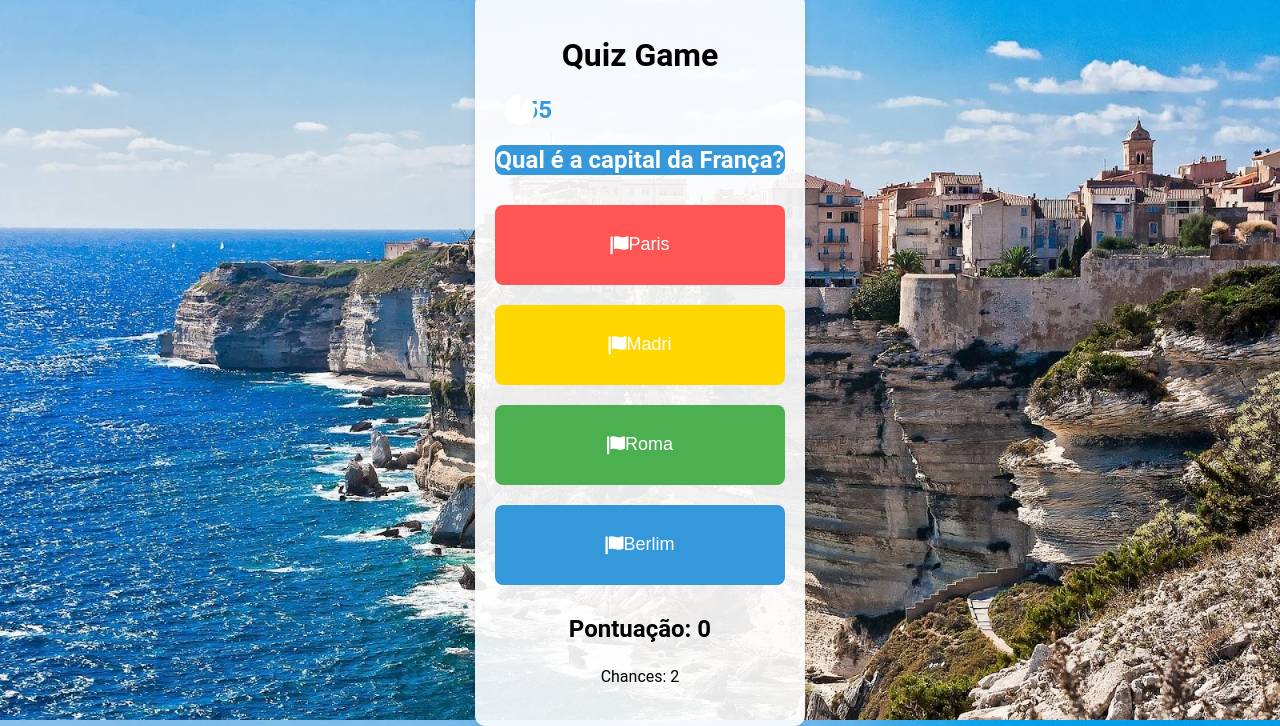
Repository: Matheus904-12/Quizz
Page: index.html
These files come from the project's save history. The page is drawn as it stood at one moment and after the next save; the edit follows.
The browser window is 1280 px wide. The pictures show the whole page.

Above is the page before, as saved 2023-08-21 19:36:05.

After the next save:
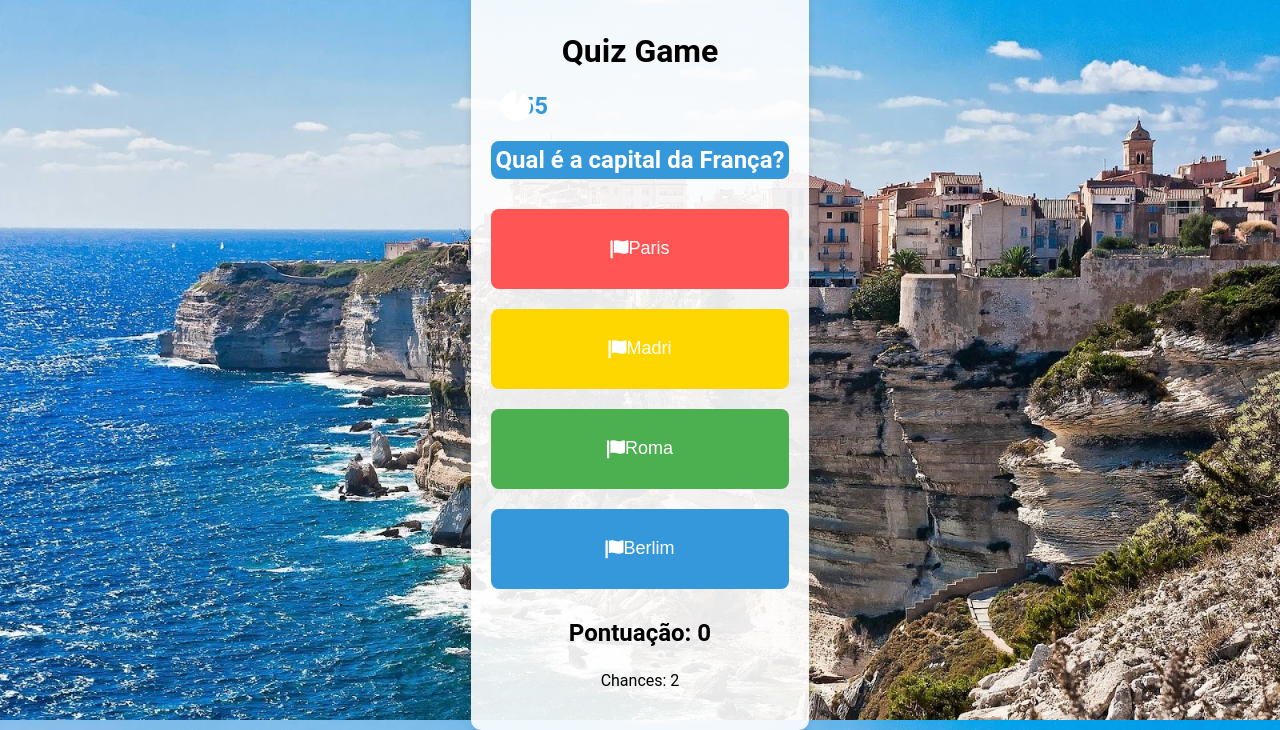
Saved 13 s later.
--- a/style.css
+++ b/style.css
@@ -23,7 +23,7 @@ body {
 .question {
     font-size: 24px;
     margin-bottom: 20px;
-    padding: 1px; /* Tamanho uniforme para caixas de pergunta */
+    padding: 5px; /* Tamanho uniforme para caixas de pergunta */
     border-radius: 8px;
     background-color: #3498DB; /* Cor de fundo para caixas de pergunta */
     color: #fff; /* Cor do texto para caixas de pergunta */
